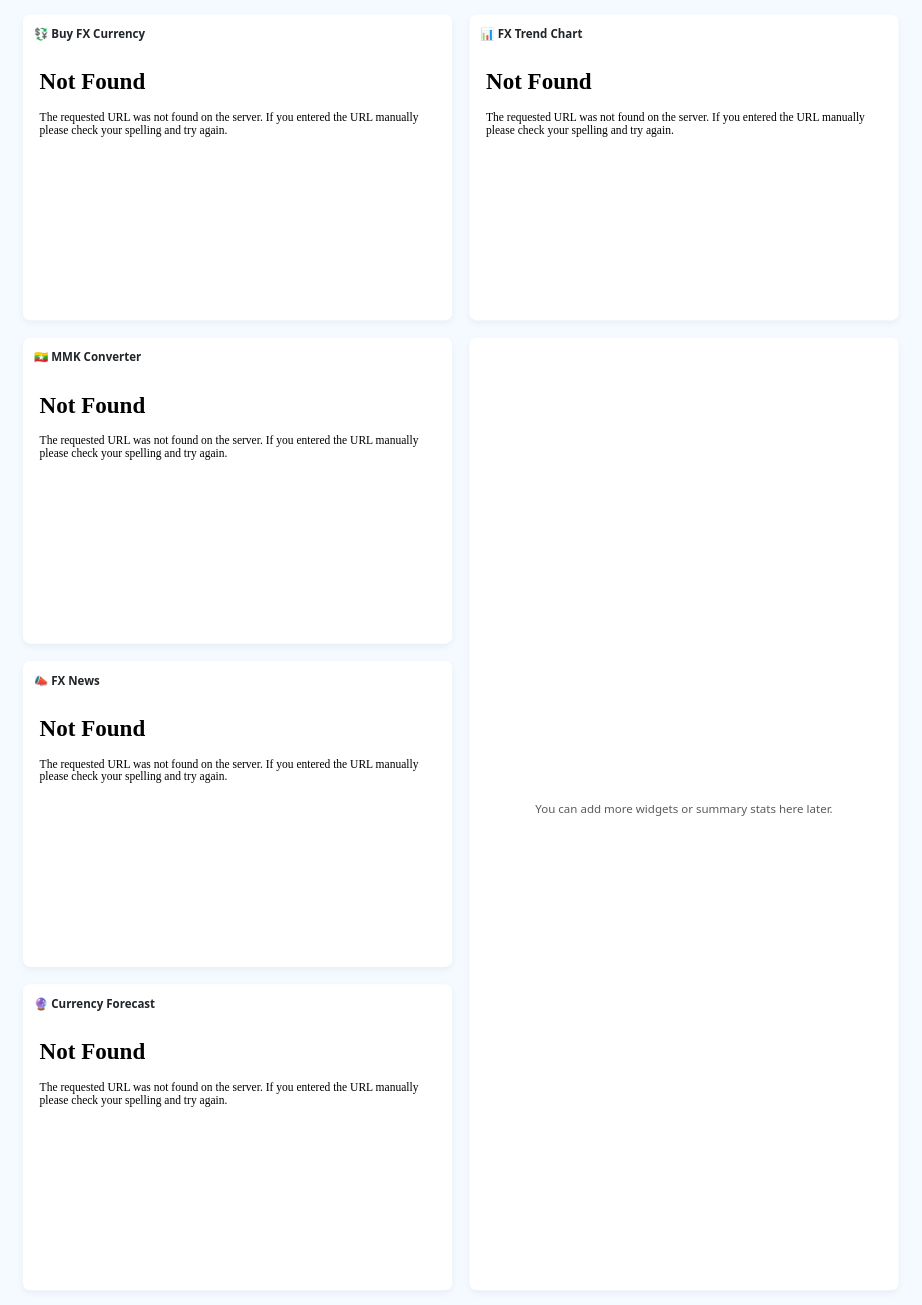
Repository: MayThetNaingBo/MerlionFX-app
Page: templates/dashboard.html
These files come from the project's save history. The page is drawn as it stood at one moment and after the next save; the edit follows.
The browser window is 1280 px wide. The pictures show the whole page, at 72% of full size.
The page is served by the project's application, run on Flask 3 (app.py). The template is opened directly, without the code that normally fills it, so the values that code supplies are empty.

Above is the page before, as saved 2025-08-05 15:31:18.

### templates/dashboard.html
<!DOCTYPE html>
<html lang="en">
<head>
  <meta charset="UTF-8">
  <title>Merlion FX Dashboard</title>
  <link href="https://cdn.jsdelivr.net/npm/bootstrap@5.3.2/dist/css/bootstrap.min.css" rel="stylesheet">
  <style>
    body {
      background: #f4faff;
      padding: 20px;
    }
    .section-card {
      border-radius: 10px;
      box-shadow: 0 4px 10px rgba(0,0,0,0.05);
      padding: 15px;
      background: white;
      height: 100%;
    }
    .section-title {
      font-weight: bold;
      margin-bottom: 15px;
    }
    iframe {
      border: none;
      width: 100%;
      height: 350px;
    }
  </style>
</head>
<body>
  <div class="container-fluid">
    <!-- Top Row: Buy FX and FX Trend Chart -->
    <div class="row mb-4">
      <div class="col-md-6">
        <div class="section-card">
          <div class="section-title">💱 Buy FX Currency</div>
          <iframe src="/create_order"></iframe>
        </div>
      </div>
      <div class="col-md-6">
        <div class="section-card">
          <div class="section-title">📊 FX Trend Chart</div>
          <iframe src="/chart"></iframe>
        </div>
      </div>
    </div>

    <!-- Bottom Row: MMK Converter, News, Forecast (stacked in left col) -->
    <div class="row">
      <div class="col-md-6 d-flex flex-column gap-4">
        <div class="section-card">
          <div class="section-title">🇲🇲 MMK Converter</div>
          <iframe src="/cbm"></iframe>
        </div>
        <div class="section-card">
          <div class="section-title">📣 FX News</div>
          <iframe src="/news"></iframe>
        </div>
        <div class="section-card">
          <div class="section-title">🔮 Currency Forecast</div>
          <iframe src="/forecast"></iframe>
        </div>
      </div>
      <div class="col-md-6">
        <!-- Optional extra space for future components or summary stats -->
        <div class="section-card h-100 text-center d-flex align-items-center justify-content-center text-muted">
          <p>You can add more widgets or summary stats here later.</p>
        </div>
      </div>
    </div>
  </div>
</body>
</html>

Loaded but not shown: app.py (650 lines, source omitted)

After the next save:
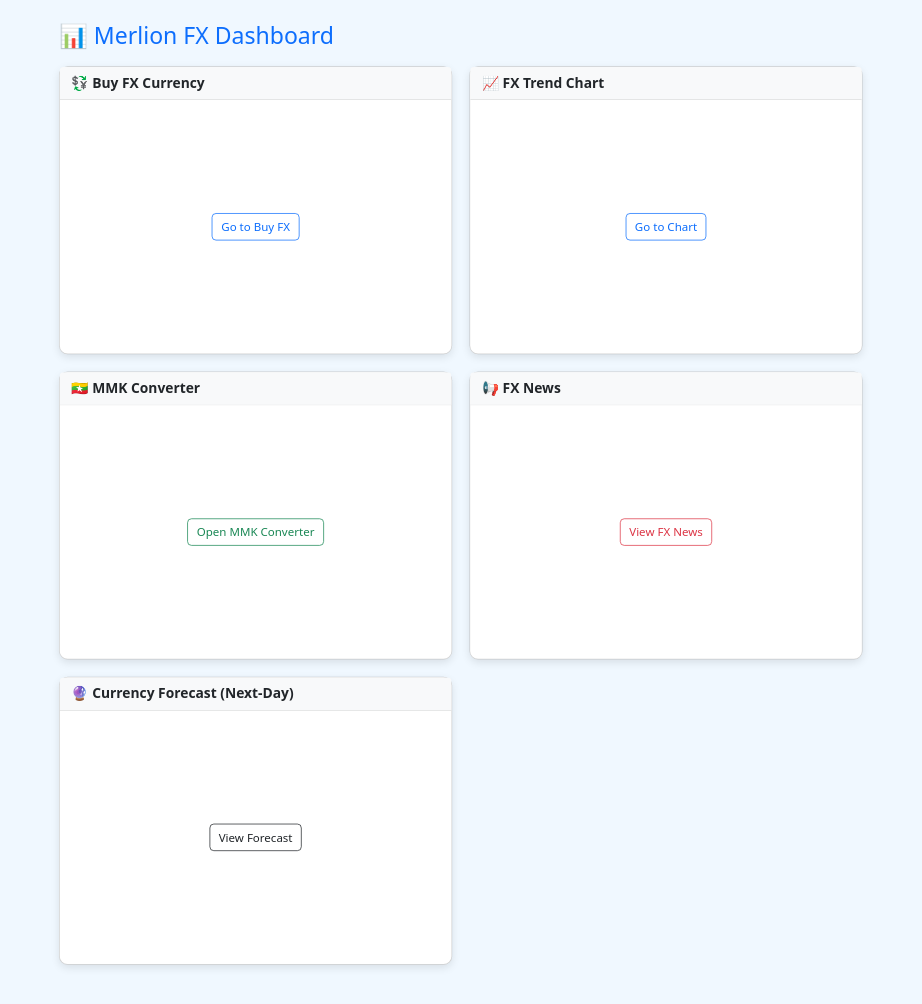
Saved 15 min 8 s later.
--- a/templates/dashboard.html
+++ b/templates/dashboard.html
@@ -6,65 +6,91 @@
   <link href="https://cdn.jsdelivr.net/npm/bootstrap@5.3.2/dist/css/bootstrap.min.css" rel="stylesheet">
   <style>
     body {
-      background: #f4faff;
-      padding: 20px;
+      background-color: #f0f8ff;
+      padding: 30px;
     }
-    .section-card {
-      border-radius: 10px;
-      box-shadow: 0 4px 10px rgba(0,0,0,0.05);
-      padding: 15px;
-      background: white;
-      height: 100%;
+    .card {
+      border-radius: 12px;
+      box-shadow: 0 4px 12px rgba(0, 0, 0, 0.1);
+      height: 400px;
     }
-    .section-title {
-      font-weight: bold;
-      margin-bottom: 15px;
+    .card-title {
+      font-size: 1.2rem;
+      font-weight: 600;
     }
     iframe {
       border: none;
       width: 100%;
-      height: 350px;
+      height: 100%;
     }
   </style>
 </head>
 <body>
-  <div class="container-fluid">
-    <!-- Top Row: Buy FX and FX Trend Chart -->
+  <div class="container">
+    <h2 class="mb-4 text-primary">📊 Merlion FX Dashboard</h2>
+
     <div class="row mb-4">
+      <!-- Buy FX -->
       <div class="col-md-6">
-        <div class="section-card">
-          <div class="section-title">💱 Buy FX Currency</div>
-          <iframe src="/create_order"></iframe>
+        <div class="card">
+          <div class="card-header bg-light">
+            <span class="card-title">💱 Buy FX Currency</span>
+          </div>
+          <div class="card-body d-flex justify-content-center align-items-center">
+            <a href="/create_order" class="btn btn-outline-primary">Go to Buy FX</a>
+          </div>
         </div>
       </div>
+
+      <!-- FX Chart -->
       <div class="col-md-6">
-        <div class="section-card">
-          <div class="section-title">📊 FX Trend Chart</div>
-          <iframe src="/chart"></iframe>
+        <div class="card">
+          <div class="card-header bg-light">
+            <span class="card-title">📈 FX Trend Chart</span>
+          </div>
+          <div class="card-body d-flex justify-content-center align-items-center">
+            <a href="/chart" class="btn btn-outline-primary">Go to Chart</a>
+          </div>
         </div>
       </div>
     </div>
 
-    <!-- Bottom Row: MMK Converter, News, Forecast (stacked in left col) -->
-    <div class="row">
-      <div class="col-md-6 d-flex flex-column gap-4">
-        <div class="section-card">
-          <div class="section-title">🇲🇲 MMK Converter</div>
-          <iframe src="/cbm"></iframe>
-        </div>
-        <div class="section-card">
-          <div class="section-title">📣 FX News</div>
-          <iframe src="/news"></iframe>
-        </div>
-        <div class="section-card">
-          <div class="section-title">🔮 Currency Forecast</div>
-          <iframe src="/forecast"></iframe>
+    <div class="row mb-4">
+      <!-- MMK Converter -->
+      <div class="col-md-6">
+        <div class="card">
+          <div class="card-header bg-light">
+            <span class="card-title">🇲🇲 MMK Converter</span>
+          </div>
+          <div class="card-body d-flex justify-content-center align-items-center">
+            <a href="/cbm" class="btn btn-outline-success">Open MMK Converter</a>
+          </div>
         </div>
       </div>
+
+      <!-- FX News -->
       <div class="col-md-6">
-        <!-- Optional extra space for future components or summary stats -->
-        <div class="section-card h-100 text-center d-flex align-items-center justify-content-center text-muted">
-          <p>You can add more widgets or summary stats here later.</p>
+        <div class="card">
+          <div class="card-header bg-light">
+            <span class="card-title">📢 FX News</span>
+          </div>
+          <div class="card-body d-flex justify-content-center align-items-center">
+            <a href="/news" class="btn btn-outline-danger">View FX News</a>
+          </div>
+        </div>
+      </div>
+    </div>
+
+    <div class="row mb-4">
+      <!-- Forecast -->
+      <div class="col-md-6">
+        <div class="card">
+          <div class="card-header bg-light">
+            <span class="card-title">🔮 Currency Forecast (Next-Day)</span>
+          </div>
+          <div class="card-body d-flex justify-content-center align-items-center">
+            <a href="/forecast" class="btn btn-outline-dark">View Forecast</a>
+          </div>
         </div>
       </div>
     </div>
